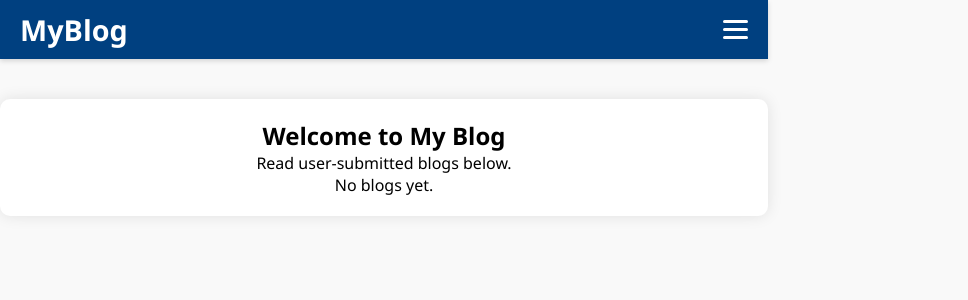
Repository: ankitg-02/FLASK
Page: http://localhost/
These files come from the project's save history. The page is drawn as it stood at one moment and after the next save; the edit follows.
The browser window is 768 px wide. The page is 968 px wide, then 768 px, then 968 px, so the pictures cover 968 px, including what lies to the right of the window. The pictures show the whole page.
The page is served by the project's application, run on Flask 3 (app.py).

Above is the page before, as saved 2025-05-19 13:25:01.

After the next save:
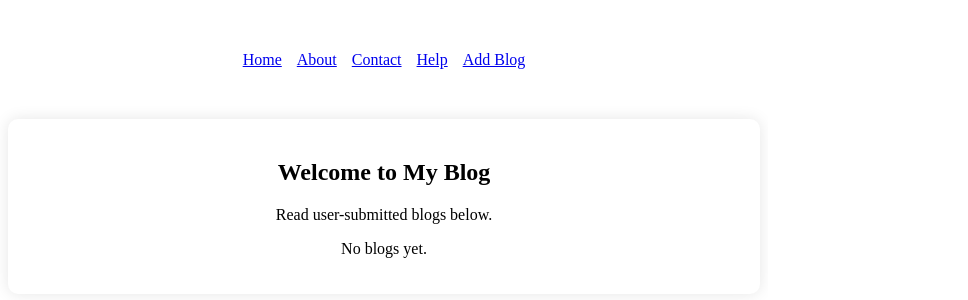
Saved 60 s later.
--- a/Project2/static/css/style.css
+++ b/Project2/static/css/style.css
@@ -1,10 +1,3 @@
-/* Reset */
-* {
-  margin: 0;
-  padding: 0;
-  box-sizing: border-box;
-}
-
 main {
   max-width: 900px;        /* limit content width */
   margin: 40px auto;       /* center horizontally with some vertical spacing */
@@ -15,133 +8,37 @@
   box-shadow: 0 0 15px rgba(0,0,0,0.1);  /* subtle shadow */
 }
 
-
-body {
-  font-family: 'Segoe UI', Tahoma, Geneva, Verdana, sans-serif;
-  background-color: #f9f9f9;
-}
-
-/* Navbar container */
-.navbar {
-  background-color: #004080;
-  padding: 10px 20px;
-  box-shadow: 0 2px 5px rgba(0,0,0,0.15);
-  position: sticky;
-  top: 0;
-  z-index: 1000;
-}
-
 .nav-container {
   max-width: 1100px;
   margin: auto;
   display: flex;
-  justify-content: space-between;
-  align-items: center;
+  flex-direction: column;  /* stack logo and menu vertically */
+  align-items: center;     /* center horizontally */
+  gap: 10px;
 }
 
-/* Logo */
+/* Center the logo */
 .nav-logo {
-  color: #fff;
+  text-align: center;
   font-size: 1.8rem;
   font-weight: bold;
+  color: #fff;
   text-decoration: none;
+  width: 100%;
 }
 
-/* Menu */
+/* Center the menu items in a row or column */
 .nav-menu {
   list-style: none;
   display: flex;
+  justify-content: center;  /* center horizontally */
   gap: 15px;
+  width: 100%;
+  padding: 0;
+  margin: 0;
+  flex-wrap: wrap; /* wrap to next line if needed */
 }
 
 .nav-menu li {
-  /* no extra style */
+  text-align: center; /* center text inside each menu item */
 }
-
-.nav-link {
-  color: #fff;
-  text-decoration: none;
-  font-weight: 600;
-  padding: 8px 12px;
-  border-radius: 4px;
-  transition: background-color 0.3s ease;
-}
-
-.nav-link:hover {
-  background-color: #002f5f;
-}
-
-/* Special button style for Add Blog */
-.nav-link-button {
-  background-color: #0080ff;
-  padding: 8px 16px;
-  border-radius: 25px;
-}
-
-.nav-link-button:hover {
-  background-color: #005bb5;
-}
-
-/* Hamburger menu toggle button - hidden on desktop */
-.nav-toggle {
-  display: none;
-  flex-direction: column;
-  cursor: pointer;
-  gap: 5px;
-}
-
-.nav-toggle span {
-  display: block;
-  width: 25px;
-  height: 3px;
-  background-color: white;
-  border-radius: 3px;
-  transition: 0.3s;
-}
-
-/* Hamburger active animation */
-.nav-toggle_active span:nth-child(1) {
-  transform: rotate(45deg) translate(5px, 5px);
-}
-
-.nav-toggle_active span:nth-child(2) {
-  opacity: 0;
-}
-
-.nav-toggle_active span:nth-child(3) {
-  transform: rotate(-45deg) translate(5px, -5px);
-}
-
-/* Responsive - mobile styles */
-@media (max-width: 768px) {
-  .nav-toggle {
-    display: flex;
-  }
-
-  .nav-menu {
-    position: absolute;
-    top: 58px;
-    right: 0;
-    background-color: #004080;
-    flex-direction: column;
-    width: 200px;
-    padding: 15px 0;
-    border-radius: 0 0 0 10px;
-    box-shadow: 0 4px 8px rgba(0,0,0,0.2);
-    opacity: 0;
-    pointer-events: none;
-    transform: translateX(100%);
-    transition: transform 0.3s ease, opacity 0.3s ease;
-  }
-
-  .nav-menu.nav-menu_visible {
-    opacity: 1;
-    pointer-events: auto;
-    transform: translateX(0);
-  }
-
-  .nav-menu li {
-    margin: 10px 0;
-    text-align: center;
-  }
-}

After the save that followed:
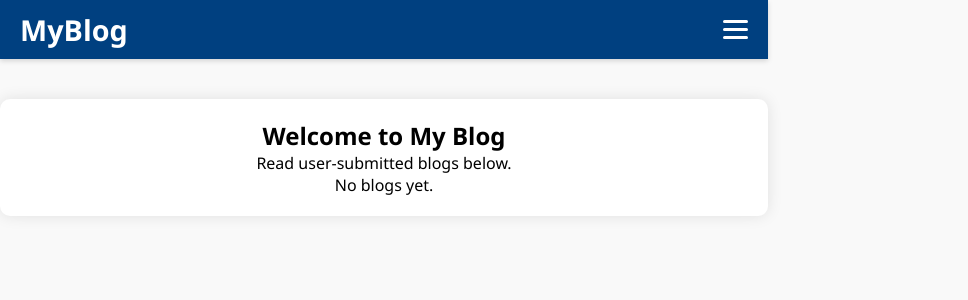
Saved 18 s later.
--- a/Project2/static/css/style.css
+++ b/Project2/static/css/style.css
@@ -1,3 +1,10 @@
+/* Reset */
+* {
+  margin: 0;
+  padding: 0;
+  box-sizing: border-box;
+}
+
 main {
   max-width: 900px;        /* limit content width */
   margin: 40px auto;       /* center horizontally with some vertical spacing */
@@ -8,37 +15,133 @@
   box-shadow: 0 0 15px rgba(0,0,0,0.1);  /* subtle shadow */
 }
 
+
+body {
+  font-family: 'Segoe UI', Tahoma, Geneva, Verdana, sans-serif;
+  background-color: #f9f9f9;
+}
+
+/* Navbar container */
+.navbar {
+  background-color: #004080;
+  padding: 10px 20px;
+  box-shadow: 0 2px 5px rgba(0,0,0,0.15);
+  position: sticky;
+  top: 0;
+  z-index: 1000;
+}
+
 .nav-container {
   max-width: 1100px;
   margin: auto;
   display: flex;
-  flex-direction: column;  /* stack logo and menu vertically */
-  align-items: center;     /* center horizontally */
-  gap: 10px;
+  justify-content: space-between;
+  align-items: center;
 }
 
-/* Center the logo */
+/* Logo */
 .nav-logo {
-  text-align: center;
+  color: #fff;
   font-size: 1.8rem;
   font-weight: bold;
-  color: #fff;
   text-decoration: none;
-  width: 100%;
 }
 
-/* Center the menu items in a row or column */
+/* Menu */
 .nav-menu {
   list-style: none;
   display: flex;
-  justify-content: center;  /* center horizontally */
   gap: 15px;
-  width: 100%;
-  padding: 0;
-  margin: 0;
-  flex-wrap: wrap; /* wrap to next line if needed */
 }
 
 .nav-menu li {
-  text-align: center; /* center text inside each menu item */
+  /* no extra style */
 }
+
+.nav-link {
+  color: #fff;
+  text-decoration: none;
+  font-weight: 600;
+  padding: 8px 12px;
+  border-radius: 4px;
+  transition: background-color 0.3s ease;
+}
+
+.nav-link:hover {
+  background-color: #002f5f;
+}
+
+/* Special button style for Add Blog */
+.nav-link-button {
+  background-color: #0080ff;
+  padding: 8px 16px;
+  border-radius: 25px;
+}
+
+.nav-link-button:hover {
+  background-color: #005bb5;
+}
+
+/* Hamburger menu toggle button - hidden on desktop */
+.nav-toggle {
+  display: none;
+  flex-direction: column;
+  cursor: pointer;
+  gap: 5px;
+}
+
+.nav-toggle span {
+  display: block;
+  width: 25px;
+  height: 3px;
+  background-color: white;
+  border-radius: 3px;
+  transition: 0.3s;
+}
+
+/* Hamburger active animation */
+.nav-toggle_active span:nth-child(1) {
+  transform: rotate(45deg) translate(5px, 5px);
+}
+
+.nav-toggle_active span:nth-child(2) {
+  opacity: 0;
+}
+
+.nav-toggle_active span:nth-child(3) {
+  transform: rotate(-45deg) translate(5px, -5px);
+}
+
+/* Responsive - mobile styles */
+@media (max-width: 768px) {
+  .nav-toggle {
+    display: flex;
+  }
+
+  .nav-menu {
+    position: absolute;
+    top: 58px;
+    right: 0;
+    background-color: #004080;
+    flex-direction: column;
+    width: 200px;
+    padding: 15px 0;
+    border-radius: 0 0 0 10px;
+    box-shadow: 0 4px 8px rgba(0,0,0,0.2);
+    opacity: 0;
+    pointer-events: none;
+    transform: translateX(100%);
+    transition: transform 0.3s ease, opacity 0.3s ease;
+  }
+
+  .nav-menu.nav-menu_visible {
+    opacity: 1;
+    pointer-events: auto;
+    transform: translateX(0);
+  }
+
+  .nav-menu li {
+    margin: 10px 0;
+    text-align: center;
+  }
+}
